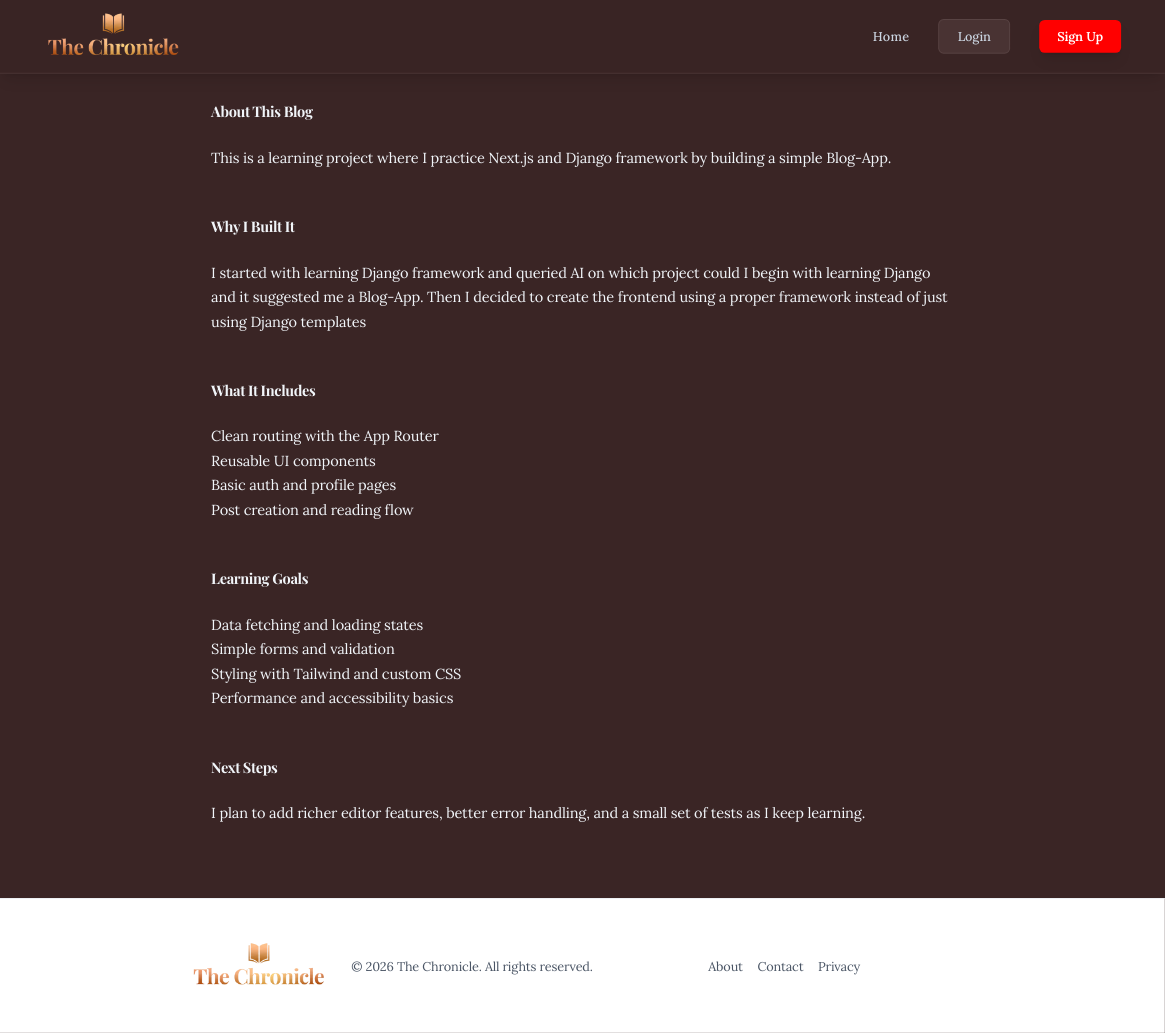
Repository: swaruplamsal/BasicBlogApp
Page: /about (app in blog-frontend/)
The author's editor kept a copy of each file at every save. The page is drawn from the files as they stood at one save, then again after a run of saves.
The browser window is 1280 px wide. The pictures show the whole page, at 91% of full size.
The page's requests for data from a server got no answer. The project was rebuilt for these pictures with package versions that can differ from the ones it lists, and the page was loaded fresh each time. The framework's server and built-in components were replaced by stand-ins that run in the browser. No one was signed in, and anything a server would have sent is missing. Also part of the build but not shown: blog-frontend/next.config.mjs, blog-frontend/app/components/Avatar.js.

Above is the page before, as saved 2026-02-07 20:55:02.

### blog-frontend/app/layout.js
// app/layout.js
import { Lora, Playfair_Display } from "next/font/google";
import { AuthProvider } from "./context/AuthContext";
import { generateSiteMetadata } from "../lib/metadata";
import "./globals.css";

export const metadata = generateSiteMetadata();

const lora = Lora({
  subsets: ["latin"],
  weight: ["400", "500", "600", "700"],
  variable: "--font-lora",
});

const playfair = Playfair_Display({
  subsets: ["latin"],
  weight: ["400", "500", "600", "700", "900"],
  variable: "--font-playfair",
});

export default function RootLayout({ children }) {
  return (
    <html lang="en">
      <body className={`${lora.variable} ${playfair.variable}`}>
        <AuthProvider>{children}</AuthProvider>
      </body>
    </html>
  );
}

### blog-frontend/app/about/page.js
import Navbar from "../components/Navbar";
import Footer from "../components/Footer";

const sectionStyle = {
  marginTop: "1.5rem",
};

export default function About() {
  return (
    <div className="dark:bg-sky-950">
      <Navbar />
      <main style={{ padding: "2rem", maxWidth: "880px", margin: "0 auto" }}>
        <h1>About This Blog</h1>
        <br />

        <p>
          This is a learning project where I practice Next.js and Django
          framework by building a simple Blog-App.
        </p>
        <br />
        <section style={sectionStyle}>
          <h2>Why I Built It</h2>
          <br />
          <p>
            I started with learning Django framework and queried AI on which
            project could I begin with learning Django and it suggested me a
            Blog-App. Then I decided to create the frontend using a proper
            framework instead of just using Django templates
          </p>
        </section>
        <br />

        <section style={sectionStyle}>
          <h2>What It Includes</h2>
          <br />
          <ul>
            <li>Clean routing with the App Router</li>
            <li>Reusable UI components</li>
            <li>Basic auth and profile pages</li>
            <li>Post creation and reading flow</li>
          </ul>
        </section>
        <br />

        <section style={sectionStyle}>
          <h2>Learning Goals</h2>
          <br />
          <ul>
            <li>Data fetching and loading states</li>
            <li>Simple forms and validation</li>
            <li>Styling with Tailwind and custom CSS</li>
            <li>Performance and accessibility basics</li>
          </ul>
        </section>
        <br />

        <section style={sectionStyle}>
          <h2>Next Steps</h2>
          <br />
          <p>
            I plan to add richer editor features, better error handling, and a
            small set of tests as I keep learning.
          </p>
        </section>
      </main>
      <Footer />
    </div>
  );
}

### blog-frontend/app/context/AuthContext.js
"use client";

import { createContext, useContext, useState, useEffect } from "react";
import { authApi } from "../../lib/api";

const AuthContext = createContext();

// Helper function to get initial state from localStorage
function getInitialAuth() {
  if (typeof window === "undefined") {
    return { token: null, user: null };
  }

  const savedToken = localStorage.getItem("token");
  const savedUser = localStorage.getItem("user");

  return {
    token: savedToken || null,
    user: savedUser ? JSON.parse(savedUser) : null,
  };
}

export function AuthProvider({ children }) {
  const [user, setUser] = useState(() => getInitialAuth().user);
  const [token, setToken] = useState(() => getInitialAuth().token);

  // Sync user data with backend on mount if token exists
  useEffect(() => {
    if (typeof window === "undefined" || !token) return;

    const syncUserData = async () => {
      try {
        const completeUser = await authApi.getCurrentUser();
        setUser(completeUser);
        localStorage.setItem("user", JSON.stringify(completeUser));
      } catch (error) {
        // If sync fails, user might be logged out - clear auth state
        setToken(null);
        setUser(null);
        localStorage.removeItem("token");
        localStorage.removeItem("user");
      }
    };

    syncUserData();
  }, [token]);

  const login = async (username, password) => {
    try {
      const data = await authApi.login(username, password);

      setToken(data.token);
      localStorage.setItem("token", data.token);

      // Fetch complete user data including profile
      try {
        const completeUser = await authApi.getCurrentUser();
        setUser(completeUser);
        localStorage.setItem("user", JSON.stringify(completeUser));
      } catch (profileError) {
        // Fallback to basic user data if profile fetch fails
        setUser(data.user);
        localStorage.setItem("user", JSON.stringify(data.user));
      }

      return { success: true };
    } catch (error) {
      return { success: false, error: error.message };
    }
  };

  const signup = async (username, email, password) => {
    try {
      const data = await authApi.signup(username, email, password);

      setToken(data.token);
      setUser(data.user);
      localStorage.setItem("token", data.token);
      localStorage.setItem("user", JSON.stringify(data.user));
      return { success: true };
    } catch (error) {
      return { success: false, error: error.message };
    }
  };

  const logout = () => {
    setToken(null);
    setUser(null);
    localStorage.removeItem("token");
    localStorage.removeItem("user");
  };

  const refreshUser = async () => {
    if (!token) return;

    try {
      const completeUser = await authApi.getCurrentUser();
      setUser(completeUser);
      localStorage.setItem("user", JSON.stringify(completeUser));
    } catch (error) {
      console.log("Failed to refresh user data:", error.message);
    }
  };

  return (
    <AuthContext.Provider
      value={{ user, token, login, signup, logout, refreshUser }}
    >
      {children}
    </AuthContext.Provider>
  );
}

export function useAuth() {
  return useContext(AuthContext);
}

### blog-frontend/lib/metadata.js
// Helper functions for generating metadata

export const generateSiteMetadata = () => ({
  title: {
    template: "%s | The Chronicle",
    default: "The Chronicle - Where Stories Matter",
  },
  description:
    "Discover thoughtful perspectives, compelling narratives, and insights that challenge the ordinary.",
  keywords: ["blog", "stories", "articles", "writing", "chronicle"],
  authors: [{ name: "The Chronicle Team" }],
  openGraph: {
    type: "website",
    locale: "en_US",
    siteName: "The Chronicle",
  },
  twitter: {
    card: "summary_large_image",
  },
  // Fallback favicon / site icon. Place a file at public/favicon.png (or /favicon.ico)
  icons: {
    icon: "/favicon.png",
    apple: "/favicon.png",
  },
});

export const generatePostMetadata = (post) => {
  if (!post) return {};

  return {
    title: post.title,
    description: post.content.substring(0, 160) + "...",
    keywords: post.tags?.map((tag) => tag.name) || [],
    authors: [{ name: post.author?.username || "Anonymous" }],
    openGraph: {
      title: post.title,
      description: post.content.substring(0, 160) + "...",
      type: "article",
      publishedTime: post.created_at,
      modifiedTime: post.updated_at,
      authors: [post.author?.username || "Anonymous"],
      tags: post.tags?.map((tag) => tag.name) || [],
    },
    twitter: {
      card: "summary_large_image",
      title: post.title,
      description: post.content.substring(0, 160) + "...",
    },
  };
};

### blog-frontend/app/globals.css
@import "tailwindcss";

@layer base {
  :root {
    /* Bold Editorial Theme - Color Hunt Palette */
    --background: #3a2525;
    --background-elevated: #4a3535;
    --background-hover: #5a4545;
    --foreground: #f1f5f9;
    --foreground-muted: #cbd5e1;
    --foreground-subtle: #94a3b8;

    /* Accent Colors */
    --accent: #ff0000;
    --accent-hover: #cc0000;
    --accent-light: #ff3333;
    --accent-secondary: #9e2a2a;
    --navy: #000080;
    --navy-hover: #0000a0;

    /* Borders & Dividers */
    --border: #5a4545;
    --border-light: #6a5555;

    /* Semantic Colors */
    --success: #10b981;
    --error: #ff0000;
    --warning: #ff0000;
  }

  body {
    background: var(--background);
    color: var(--foreground);
    font-family:
      var(--font-lora),
      -apple-system,
      BlinkMacSystemFont,
      "Segoe UI",
      Roboto,
      sans-serif;
    line-height: 1.7;
    -webkit-font-smoothing: antialiased;
    -moz-osx-font-smoothing: grayscale;
    letter-spacing: -0.011em;
  }

  h1,
  h2,
  h3,
  h4,
  h5,
  h6 {
    font-family: var(--font-playfair), Georgia, serif;
    font-weight: 700;
    line-height: 1.25;
    color: var(--foreground);
    letter-spacing: -0.025em;
  }
}

@layer components {
  /* Custom Scrollbar */
  ::-webkit-scrollbar {
    width: 8px;
  }

  ::-webkit-scrollbar-track {
    background: var(--background);
  }

  ::-webkit-scrollbar-thumb {
    background: var(--accent);
    border-radius: 4px;
  }

  ::-webkit-scrollbar-thumb:hover {
    background: var(--accent-hover);
  }

  /* Smooth transitions */
  * {
    transition-property:
      background-color, border-color, color, fill, stroke, transform, opacity;
    transition-timing-function: cubic-bezier(0.4, 0, 0.2, 1);
    transition-duration: 200ms;
  }

  /* Editorial Utilities */
  .editorial-gradient {
    background: linear-gradient(
      135deg,
      var(--background) 0%,
      var(--background-elevated) 100%
    );
  }

  .text-gradient {
    background: linear-gradient(135deg, #ff0000, #9e2a2a);
    -webkit-background-clip: text;
    -webkit-text-fill-color: transparent;
    background-clip: text;
  }

  .reading-progress {
    position: fixed;
    top: 0;
    left: 0;
    height: 3px;
    background: linear-gradient(90deg, #ff0000, #9e2a2a);
    z-index: 9999;
    transition: width 0.1s ease-out;
  }

  .card-hover {
    transition: all 0.3s cubic-bezier(0.4, 0, 0.2, 1);
  }

  .card-hover:hover {
    transform: translateY(-2px);
    box-shadow: 0 20px 40px -12px rgba(255, 0, 0, 0.2);
    border-color: #6a5555 !important;
  }

  /* Button Styles */
  .btn-primary {
    background-color: #ff0000;
    box-shadow: 0 10px 25px -5px rgba(255, 0, 0, 0.3);
    transition: all 0.3s ease;
  }

  .btn-primary:hover {
    background-color: #cc0000;
    box-shadow: 0 15px 30px -5px rgba(255, 0, 0, 0.4);
  }

  /* Link Styles */
  .link-red {
    color: #ff0000;
    transition: color 0.2s ease;
  }

  .link-red:hover {
    color: #ff3333;
  }

  .link-nav {
    color: #cbd5e1;
    transition: color 0.2s ease;
  }

  .link-nav:hover {
    color: #ff0000;
  }

  /* Article Title */
  .article-title {
    color: #f1f5f9;
    transition: color 0.3s ease;
  }

  .article-title:hover {
    color: #ff0000;
  }

  /* Tag Styles */
  .tag {
    color: #94a3b8;
    background-color: rgba(90, 69, 69, 0.5);
    border: 1px solid rgba(106, 85, 85, 0.5);
    transition: all 0.2s ease;
  }

  .tag:hover {
    border-color: #9e2a2a;
    color: #cbd5e1;
  }
  /* Form Styles */
  .form-input {
    background-color: rgba(90, 69, 69, 0.5);
    border: 1px solid #6a5555;
    color: #f1f5f9;
    transition: all 0.2s ease;
  }

  .form-input:focus {
    outline: none;
    border-color: #ff0000;
    background-color: rgba(90, 69, 69, 0.7);
  }

  .form-label {
    color: #cbd5e1;
  }

  .form-container {
    background-color: rgba(74, 53, 53, 0.5);
    border: 1px solid #5a4545;
  }

  .btn-secondary {
    background-color: rgba(90, 69, 69, 0.8);
    color: #cbd5e1;
    border: 1px solid #6a5555;
    transition: all 0.2s ease;
  }

  .btn-secondary:hover {
    background-color: rgba(90, 69, 69, 1);
    border-color: #7a6565;
  }

  .btn-danger {
    background-color: rgba(158, 42, 42, 0.8);
    color: #fff;
    border: 1px solid #9e2a2a;
    transition: all 0.2s ease;
  }

  .btn-danger:hover {
    background-color: #9e2a2a;
  }

  .btn-success {
    background-color: rgba(16, 185, 129, 0.8);
    color: #fff;
    transition: all 0.2s ease;
  }

  .btn-success:hover {
    background-color: rgb(16, 185, 129);
  }

  /* ========================================
   LOADING & ANIMATION STYLES
   ======================================== */

  /* Shimmer effect for skeleton loaders */
  @keyframes shimmer {
    0% {
      transform: translateX(-100%);
    }
    100% {
      transform: translateX(100%);
    }
  }

  .animate-shimmer {
    animation: shimmer 2s infinite;
  }

  /* Fade in animation */
  @keyframes fade-in {
    from {
      opacity: 0;
    }
    to {
      opacity: 1;
    }
  }

  .animate-fade-in {
    animation: fade-in 0.5s ease-out;
  }

  /* Fade in and slide up animation */
  @keyframes fade-in-up {
    from {
      opacity: 0;
      transform: translateY(20px);
    }
    to {
      opacity: 1;
      transform: translateY(0);
    }
  }

  .animate-fade-in-up {
    animation: fade-in-up 0.6s ease-out;
  }

  /* Scale in animation */
  @keyframes scale-in {
    from {
      opacity: 0;
      transform: scale(0.95);
    }
    to {
      opacity: 1;
      transform: scale(1);
    }
  }

  .animate-scale-in {
    animation: scale-in 0.4s ease-out;
  }

  /* Smooth transitions for all interactive elements */
  .transition-smooth {
    transition: all 0.3s cubic-bezier(0.4, 0, 0.2, 1);
  }
}

### blog-frontend/app/components/Navbar.js
// app/components/Navbar.js
"use client";

import dynamic from "next/dynamic";
import Link from "next/link";
import Image from "next/image";

const NavbarAuth = dynamic(() => import("./NavbarAuth"), { ssr: false });

export default function Navbar() {
  return (
    <nav
      className="sticky top-0 z-50 backdrop-blur-xl border-b shadow-lg"
      style={{
        backgroundColor: "rgba(58, 37, 37, 0.8)",
        borderColor: "rgba(90, 69, 69, 0.5)",
      }}
    >
      <div className="max-w-7xl mx-auto px-6 sm:px-8 lg:px-12">
        <div className="flex justify-between items-center h-20">
          {/* Logo */}
          <Link
            href="/"
            className="group flex items-center gap-3 hover:opacity-80 transition-opacity"
          >
            {/* Replace the inline svg with a logo image from public/images/logo.png */}
            <div>
              <Image
                src="/images/logo.png"
                alt="Editorial logo"
                width={150}
                height={150}
                className="object-cover"
                priority
              />
            </div>
          </Link>

          {/* Nav Links */}
          <div className="flex items-center gap-8">
            <Link
              href="/"
              className="link-nav font-medium text-sm tracking-wide"
            >
              Home
            </Link>
            <NavbarAuth />
          </div>
        </div>
      </div>
    </nav>
  );
}

### blog-frontend/app/components/Footer.js
import Image from "next/image";
import Link from "next/link";
import SocialLinks from "./SocialLinks";

export default function Footer() {
  return (
    <footer className="border-t mt-12 py-8 bg-white dark:bg-gray-900">
      <div className="max-w-4xl mx-auto px-4 flex flex-col md:flex-row items-center justify-between gap-4">
        <div className="flex items-center space-x-3">
          <Link href="/" className="flex items-center">
            <Image
              src="/images/logo.png"
              alt="Logo"
              width={150}
              height={150}
              className="rounded-sm"
            />
          </Link>
          <p className="text-sm text-gray-600 dark:text-gray-300 ml-4">
            © {new Date().getFullYear()} The Chronicle. All rights reserved.
          </p>
        </div>

        <nav className="flex items-center space-x-4">
          <Link
            href="/about"
            className="text-sm text-gray-600 hover:text-red-600 transition-colors duration-200 dark:text-gray-300 dark:hover:text-red-400 active:text-red-900 focus:outline-none focus-visible:ring-2 focus-visible:ring-red-300 rounded"
          >
            About
          </Link>
          <Link
            href="/contact"
            className="text-sm text-gray-600 hover:text-red-600 transition-colors duration-200 dark:text-gray-300 dark:hover:text-red-400 active:text-red-900 focus:outline-none focus-visible:ring-2 focus-visible:ring-red-300 rounded"
          >
            Contact
          </Link>
          <Link
            href="/privacy"
            className="text-sm text-gray-600 hover:text-red-600 transition-colors duration-200 dark:text-gray-300 dark:hover:text-red-400 active:text-red-900 focus:outline-none focus-visible:ring-2 focus-visible:ring-red-300 rounded"
          >
            Privacy
          </Link>
        </nav>

        <div>
          <SocialLinks />
        </div>
      </div>
    </footer>
  );
}

### blog-frontend/app/components/SocialLinks.js
"use client";

import Link from "next/link";

export default function SocialLinks({ website, twitter, github, linkedin }) {
  const links = [
    {
      name: "Website",
      value: website,
      href: website,
      icon: (
        <svg
          className="w-5 h-5"
          fill="none"
          stroke="currentColor"
          viewBox="0 0 24 24"
        >
          <path
            strokeLinecap="round"
            strokeLinejoin="round"
            strokeWidth={2}
            d="M21 12a9 9 0 01-9 9m9-9a9 9 0 00-9-9m9 9H3m9 9a9 9 0 01-9-9m9 9c1.657 0 3-4.03 3-9s-1.343-9-3-9m0 18c-1.657 0-3-4.03-3-9s1.343-9 3-9m-9 9a9 9 0 019-9"
          />
        </svg>
      ),
    },
    {
      name: "Twitter",
      value: twitter,
      href: twitter ? `https://twitter.com/${twitter}` : null,
      icon: (
        <svg className="w-5 h-5" fill="currentColor" viewBox="0 0 24 24">
          <path d="M18.244 2.25h3.308l-7.227 8.26 8.502 11.24H16.17l-5.214-6.817L4.99 21.75H1.68l7.73-8.835L1.254 2.25H8.08l4.713 6.231zm-1.161 17.52h1.833L7.084 4.126H5.117z" />
        </svg>
      ),
    },
    {
      name: "GitHub",
      value: github,
      href: github ? `https://github.com/${github}` : null,
      icon: (
        <svg className="w-5 h-5" fill="currentColor" viewBox="0 0 24 24">
          <path
            fillRule="evenodd"
            d="M12 2C6.477 2 2 6.484 2 12.017c0 4.425 2.865 8.18 6.839 9.504.5.092.682-.217.682-.483 0-.237-.008-.868-.013-1.703-2.782.605-3.369-1.343-3.369-1.343-.454-1.158-1.11-1.466-1.11-1.466-.908-.62.069-.608.069-.608 1.003.07 1.531 1.032 1.531 1.032.892 1.53 2.341 1.088 2.91.832.092-.647.35-1.088.636-1.338-2.22-.253-4.555-1.113-4.555-4.951 0-1.093.39-1.988 1.029-2.688-.103-.253-.446-1.272.098-2.65 0 0 .84-.27 2.75 1.026A9.564 9.564 0 0112 6.844c.85.004 1.705.115 2.504.337 1.909-1.296 2.747-1.027 2.747-1.027.546 1.379.202 2.398.1 2.651.64.7 1.028 1.595 1.028 2.688 0 3.848-2.339 4.695-4.566 4.943.359.309.678.92.678 1.855 0 1.338-.012 2.419-.012 2.747 0 .268.18.58.688.482A10.019 10.019 0 0022 12.017C22 6.484 17.522 2 12 2z"
            clipRule="evenodd"
          />
        </svg>
      ),
    },
    {
      name: "LinkedIn",
      value: linkedin,
      href: linkedin ? `https://linkedin.com/in/${linkedin}` : null,
      icon: (
        <svg className="w-5 h-5" fill="currentColor" viewBox="0 0 24 24">
          <path d="M20.447 20.452h-3.554v-5.569c0-1.328-.027-3.037-1.852-3.037-1.853 0-2.136 1.445-2.136 2.939v5.667H9.351V9h3.414v1.561h.046c.477-.9 1.637-1.85 3.37-1.85 3.601 0 4.267 2.37 4.267 5.455v6.286zM5.337 7.433c-1.144 0-2.063-.926-2.063-2.065 0-1.138.92-2.063 2.063-2.063 1.14 0 2.064.925 2.064 2.063 0 1.139-.925 2.065-2.064 2.065zm1.782 13.019H3.555V9h3.564v11.452zM22.225 0H1.771C.792 0 0 .774 0 1.729v20.542C0 23.227.792 24 1.771 24h20.451C23.2 24 24 23.227 24 22.271V1.729C24 .774 23.2 0 22.222 0h.003z" />
        </svg>
      ),
    },
  ];

  const activeLinks = links.filter((link) => link.value);

  if (activeLinks.length === 0) {
    return null;
  }

  return (
    <div className="flex flex-wrap gap-3">
      {activeLinks.map((link) => (
        <a
          key={link.name}
          href={link.href}
          target="_blank"
          rel="noopener noreferrer"
          className="flex items-center gap-2 px-4 py-2 bg-slate-800/50 rounded-lg border border-slate-700/50 hover:border-red-600/50 hover:bg-slate-800 transition-all text-slate-400 hover:text-red-400"
          title={link.name}
        >
          {link.icon}
          <span className="text-sm">{link.name}</span>
        </a>
      ))}
    </div>
  );
}

Loaded but not shown: blog-frontend/lib/api.js (library); blog-frontend/app/components/NavbarAuth.js (180 lines, source omitted)

After the next 2 saves:
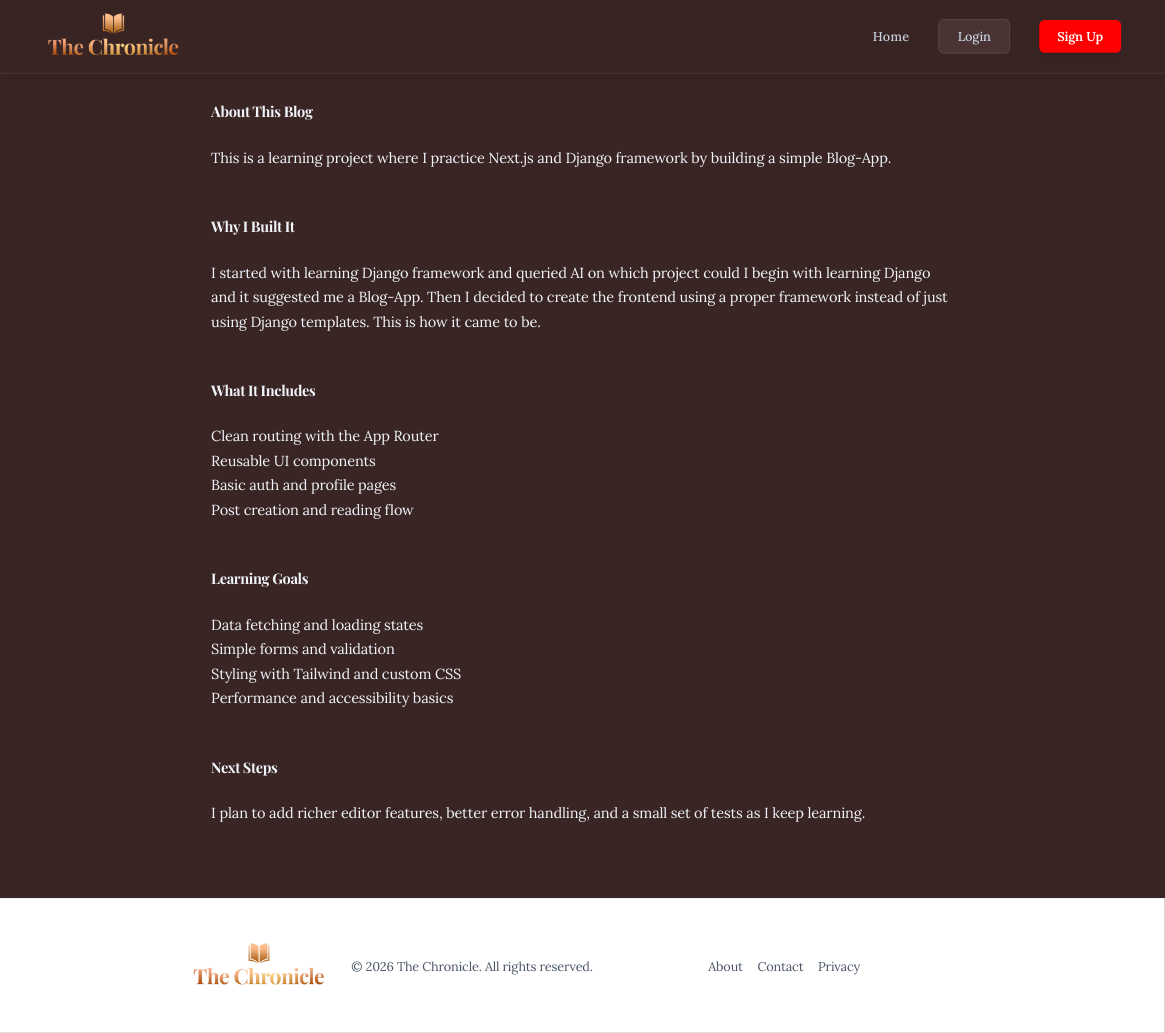
The 2 saves are shown as one change because they came seconds apart.
The last was saved 9 s later.
--- a/blog-frontend/app/about/page.js
+++ b/blog-frontend/app/about/page.js
@@ -25,7 +25,8 @@ export default function About() {
             I started with learning Django framework and queried AI on which
             project could I begin with learning Django and it suggested me a
             Blog-App. Then I decided to create the frontend using a proper
-            framework instead of just using Django templates
+            framework instead of just using Django templates. This is how it
+            came to be.
           </p>
         </section>
         <br />
